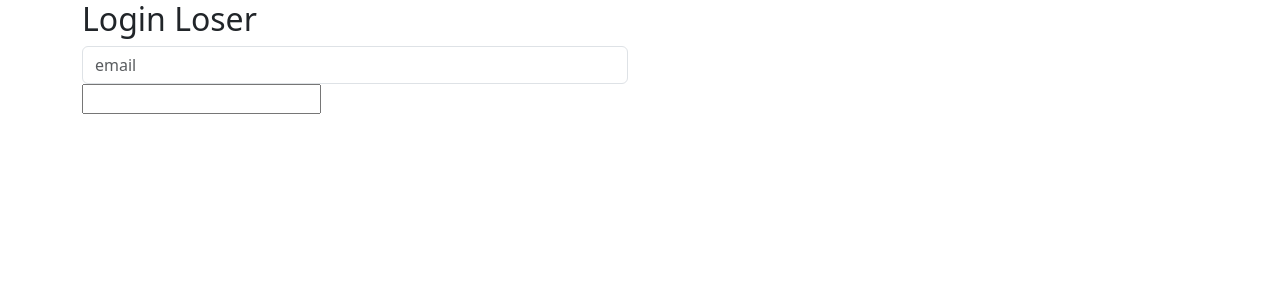
Repository: DavidDontKnow/BootlegTwitter
Page: html/login.html
An editor plug-in stored every save of this project. The page is shown before and after the next save, followed by the edit.
The browser window is 1280 px wide. The pictures show the whole page.

Above is the page before, as saved 2023-04-05 15:04:33.

### html/login.html
<!DOCTYPE html>
<html lang="en">
<head>
    <meta charset="UTF-8">
    <meta http-equiv="X-UA-Compatible" content="IE=edge">
    <meta name="viewport" content="width=device-width, initial-scale=1.0">
    <link href="https://cdn.jsdelivr.net/npm/bootstrap@5.3.0-alpha3/dist/css/bootstrap.min.css" rel="stylesheet" integrity="sha384-KK94CHFLLe+nY2dmCWGMq91rCGa5gtU4mk92HdvYe+M/SXH301p5ILy+dN9+nJOZ" crossorigin="anonymous">
    <title>Login</title>
</head>
<body>
    <div class="container">
        <div class="row">
            <div class="col-md-6">
                <div class="login-form">
                    <h2>Login Loser</h2>
                    <form>
                        <div class="form-group">
                            <input type="email" class="form-control" id="email" name="email" placeholder="email">

                        </div>
                        <div class="form-group">
                            <input type="password">
                        </div>
                    </form>
                </div>
            </div>
        </div>
    </div>
</body>
</html>

After the next save:
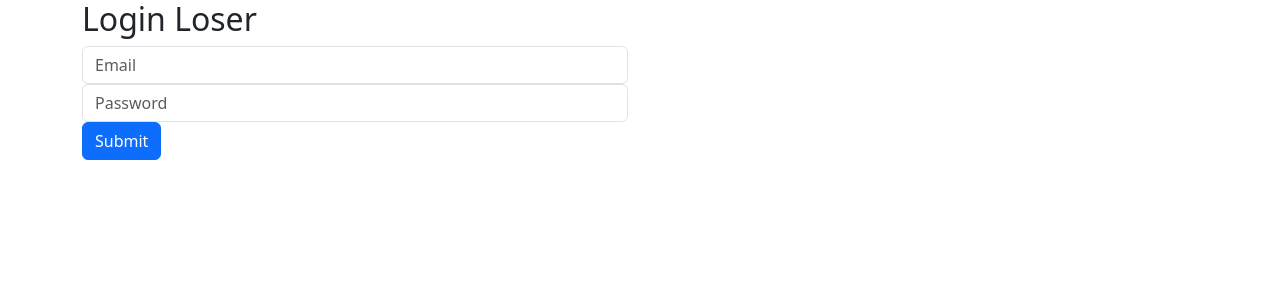
Saved 2 min 13 s later.
--- a/html/login.html
+++ b/html/login.html
@@ -15,12 +15,14 @@
                     <h2>Login Loser</h2>
                     <form>
                         <div class="form-group">
-                            <input type="email" class="form-control" id="email" name="email" placeholder="email">
+                            <input type="email" class="form-control" id="email" name="email" placeholder="Email">
 
                         </div>
                         <div class="form-group">
-                            <input type="password">
+                            <input type="password" class="form-control" id="password" name="password" placeholder="Password">
+
                         </div>
+                        <button type="submit" class="btn btn-primary">Submit</button>
                     </form>
                 </div>
             </div>
